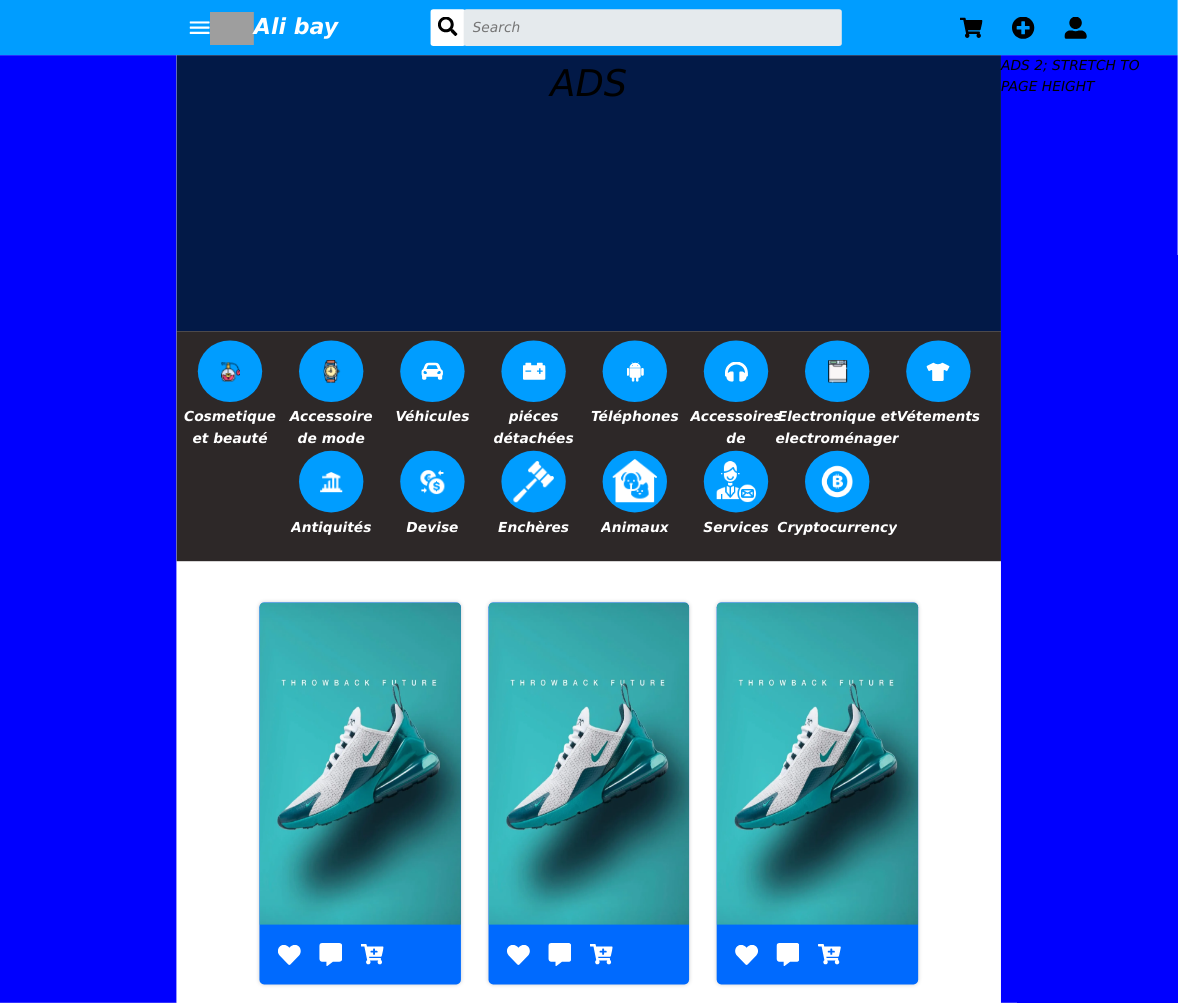
Repository: Aramys21/alibay-site
Page: home.html
These files come from the project's save history. The page is drawn as it stood at one moment and after a run of saves; the edit follows.
The browser window is 1280 px wide. The pictures show the whole page, at 92% of full size.
Pictures or frames that could not be fetched are drawn as grey boxes.

Above is the page before, as saved 2023-03-29 12:25:18.

### home.html
<!DOCTYPE html>
<html>

<head>
	<link rel="stylesheet" href="src/css/w3.css">
	<link rel="stylesheet" href="src/css/style.css">
	<link rel="stylesheet" href="https://cdnjs.cloudflare.com/ajax/libs/font-awesome/6.4.0/css/all.min.css">
	<title>Home</title>
</head>

<body>
	<div class="w3-sidebar w3-bar-block w3-card w3-animate-left side-bar" style="display:none" id="mySidebar">
		<!-- Side bar Menu -->
		<div class="sidebar-language">
			<button class="w3-bar-item w3-button w3-xlarge sidebar">ENG</button>
			<button class="w3-bar-item w3-button w3-xlarge sidebar">FR</button>
			<button class="w3-bar-item w3-button w3-xlarge sidebar">عربي</button>
		</div>
		<!-- contents of side bar -->
		<a class="w3-bar-item sidebar-title">Compte</a>
		<a href="login.html" class="w3-bar-item sidebar-link"><img class="search-icon"
				src="src/icons/account-white-icon.svg" style="height:12px;"> Login</a>
		<a href="register.html" class="w3-bar-item sidebar-link"><img class="search-icon"
				src="src/icons/account-add-icon.svg" style="height:12px;"> Register</a>
		<!-- separator -->
		<a class="w3-bar-item sidebar-title">Categories</a>
		<a href="#" class="w3-bar-item sidebar-link"><img class="search-icon" src="src/icons/car-icon.svg"
				style="height:18px;"> Véhicules</a>
		<a href="#" class="w3-bar-item sidebar-link"><img class="search-icon" src="src/icons/battery-icon.svg"
				style="height:18px;"> piéces détachées</a>
		<a href="#" class="w3-bar-item sidebar-link"><img class="search-icon" src="src/icons/android-icon.svg"
				style="height:18px;"> Téléphones</a>
		<a href="#" class="w3-bar-item sidebar-link"><img class="search-icon" src="src/icons/headphones-icon.svg"
				style="height:18px;"> Accessoires de téléphones</a>
		<a href="#" class="w3-bar-item sidebar-link"><img class="search-icon" src="src/icons/appliance-icon.svg"
				style="height:18px;"> Electronique et electroménager</a>
		<a href="vetements.html" class="w3-bar-item sidebar-link"><img class="search-icon"
				src="src/icons/clothes-icon.svg" style="height:18px;"> Vétements</a>
				<a href="vetements.html" class="w3-bar-item sidebar-link"><img class="search-icon"
					src="src/icons/animal.png" style="height:18px;">Animaux</a>
		<a href="vetements.html" class="w3-bar-item sidebar-link"><img class="search-icon"
				src="src/icons/services.png" style="height:18px;"> Services</a>
		<a href="vetements.html" class="w3-bar-item sidebar-link"><img class="search-icon"
				src="src/icons/currency.png" style="height:18px;"> Change/Devises</a>
		<a href="vetements.html" class="w3-bar-item sidebar-link"><img class="search-icon"
				src="src\icons\bitcoin.png" style="height:18px;"> CryptoMonnaies</a>
		<a href="#" class="w3-bar-item sidebar-link"><img class="search-icon" src="src/icons/perfume-icon.svg"
				style="height:18px;"> Cosmetique et beauté</a>
		<a href="#" class="w3-bar-item sidebar-link"><img class="search-icon" src="src/icons/watch-icon.svg"
				style="height:18px;"> Accessoire de mode</a>
		<a href="#" class="w3-bar-item sidebar-link"><img class="search-icon" src="src/icons/auction.png"
				style="height:18px;">Enchères</a>
		<a href="#" class="w3-bar-item sidebar-link"><img class="search-icon" src="src/icons/battery-icon.svg"
				style="height:18px;"> Devise</a>
		</div>
		<div id="navbar" class="navbar">
			<a href="#" id="openNav" class="w3-large navbar-first" onclick="menu_click()"><svg width="22" height="14"
					viewBox="0 0 22 14" fill="none" xmlns="http://www.w3.org/2000/svg">
					<path
						d="M0.785714 2.57143H21.2143C21.6482 2.57143 22 2.31561 22 2V0.571429C22 0.255821 21.6482 0 21.2143 0H0.785714C0.351754 0 0 0.255821 0 0.571429V2C0 2.31561 0.351754 2.57143 0.785714 2.57143ZM0.785714 8.28571H21.2143C21.6482 8.28571 22 8.02989 22 7.71429V6.28571C22 5.97011 21.6482 5.71429 21.2143 5.71429H0.785714C0.351754 5.71429 0 5.97011 0 6.28571V7.71429C0 8.02989 0.351754 8.28571 0.785714 8.28571ZM0.785714 14H21.2143C21.6482 14 22 13.7442 22 13.4286V12C22 11.6844 21.6482 11.4286 21.2143 11.4286H0.785714C0.351754 11.4286 0 11.6844 0 12V13.4286C0 13.7442 0.351754 14 0.785714 14Z"
						fill="white" />
				</svg>
			</a>
			<div class="navbar__logo"><a href="home.html"><img src="src/images/logo-ab.png"
						style="width:8%;height:auto;" />Ali bay</a></div>
			<div class="navbar__search">
				<a class="search-icon-link" href="#"><img class="search-icon" src="src/icons/search-icon.svg"
						style="width:22px;"></a>
				<input type="text" placeholder="Search" class="navbar__search__input" />
			</div>
			<div class="navbar__links">


				<div class="dropdown">
					<a href="#" class="dropbtn"><img class="nav-icons" src="src/icons/cart-icon.svg"></a>
					<div id="dropdown-cart" class="dropdown-content">
						<p>My Cart</p>
						<a href="product-page.html"><img class="search-icon" src="src/icons/clothes-icon.svg"> Link
							1</a>
						<a href="#"><img class="search-icon" src="src/icons/watch-icon.svg"> Link 2</a>
						<a href="#"><img class="search-icon" src="src/icons/appliance-icon.svg"> Link 3</a>
					</div>
				</div>

				<div class="dropdown">
					<a href="ad_list.html" class="dropbtn"><img class="nav-icons" src="src/icons/add-icon.svg"></a>
				</div>

				<div class="dropdown">
					<a href="#" class="dropbtn"><img class="nav-icons" src="src/icons/account-icon.svg"></a>
					<div id="dropdown-acc" class="dropdown-content">
						<p>My Account</p>
						<div class="dropdown-acc-info-container">
							<div class="dropdown-acc-icon"><img id="dropdown-account-icon"
									src="src/icons/account-icon.svg">
							</div>
							<a id="dropdown-acc-username">WexDex</a>
						</div>

						<a href="#">Disconnect</a>
					</div>
				</div>

			</div>
		</div>

		<script>
			function menu_click() {
				if (document.getElementById("mySidebar").style.display === "none") {
					document.getElementById("mySidebar").style.left = "0";
					document.getElementById("mySidebar").style.width = "15%";
					document.getElementById("mySidebar").style.display = "block";
				}
				else {
					document.getElementById("mySidebar").style.display = "none";
				}
			}
			function w3_close() {
				document.getElementById("mySidebar").style.display = "none";
			}
		</script>

		<!-- Body Start -->
		<div id="container" style="display:flex;">
			<div class="left">

			</div>
			<div class="main">
				<!-- ADS -->
				<div class="ad-box">
					<p>ADS</p>
				</div>

				<!-- Categories -->
				<div class="category-links">
					<a href="#" class="category-link">
						<!-- change class to "active-category" if it's the selected category -->
						<div class="category-icon"><img src="src/icons/perfume-icon.svg"></div>
						<div class="category-text">Cosmetique et beauté</div>
					</a>
					<a href="#" class="category-link">
						<div class="category-icon"><img src="src/icons/watch-icon.svg"></div>
						<div class="category-text">Accessoire de mode</div>
					</a>
					<a href="#" class="category-link">
						<div class="category-icon"><img src="src/icons/car-icon.svg"></div>
						<div class="category-text">Véhicules</div>
					</a>
					<a href="#" class="category-link">
						<div class="category-icon"><img src="src/icons/battery-icon.svg"></div>
						<div class="category-text">piéces détachées</div>
					</a>
					<a href="#" class="category-link">
						<div class="category-icon"><img src="src/icons/android-icon.svg"></div>
						<div class="category-text">Téléphones</div>
					</a>
					<a href="#" class="category-link">
						<div class="category-icon"><img src="src/icons/headphones-icon.svg"></div>
						<div class="category-text">Accessoires de téléphones</div>
					</a>
					<a href="#" class="category-link">
						<div class="category-icon"><img src="src/icons/appliance-icon.svg"></div>
						<div class="category-text">Electronique et electroménager</div>
					</a>
					<a href="vetements.html" class="category-link">
						<div class="category-icon"><img src="src/icons/clothes-icon.svg"></div>
						<div class="category-text">Vétements</div>
					</a>
					<a href="vetements.html" class="category-link">
						<div class="category-icon"><img src="src/icons/ruins.png"></div>
						<div class="category-text">Antiquités</div>
					</a><a href="vetements.html" class="category-link">
						<div class="category-icon"><img src="src/icons/currency.png"></div>
						<div class="category-text">Devise</div>
					</a>
					<a href="vetements.html" class="category-link">
						<div class="category-icon"><img class="icn" src="src/icons/auction.png"></div>
						<div class="category-text">Enchères</div>
					</a>
					<a href="vetements.html" class="category-link">
						<div class="category-icon"><img class="icn" src="src/icons/animal.png"></div>
						<div class="category-text">Animaux</div>
					</a>
					<a href="vetements.html" class="category-link">
						<div class="category-icon"><img class="icn" src="src/icons/services.png"></div>
						<div class="category-text">Services</div>
					</a>
					<a href="vetements.html" class="category-link">
						<div class="category-icon"><img class="icn" src="src/icons/bitcoin.png"></div>
						<div class="category-text">Cryptocurrency</div>
					</a>
				</div>

				<!-- Products List  -->
				<div class="product-list">
					<!-- a single product start -->
					<div class="product-card">
						<a href="product-page.html"><img class="product-card-img" src="src/images/ades (1).png"
								alt="Product Image"></a>
						<!-- <h2>Product 1</h2> -->
						<!-- <p>Lorem ipsum dolor sit amet, consectetur adipiscing elit, sed do eiusmod tempor incididunt ut labore et dolore magna aliqua.</p> -->
						<div class="product-icons">
							<a href="#" class="card-icon-links"><img class="card-icons"
									src="src/icons/like-icon.svg"></a>
							<a href="product-page.html" class="card-icon-links"><img class="card-icons"
									src="src/icons/comment-icon.svg"></a>
							<a href="#" class="card-icon-links"><img class="card-icons"
									src="src/icons/add-to-cart-icon.svg"></a>
						</div>
					</div>
					<!-- end of one product -->
					<!-- a single product start -->
					<div class="product-card">
						<a href="product-page.html"><img class="product-card-img" src="src/images/ades (1).png"
								alt="Product Image"></a>
						<!-- <h2>Product 1</h2> -->
						<!-- <p>Lorem ipsum dolor sit amet, consectetur adipiscing elit, sed do eiusmod tempor incididunt ut labore et dolore magna aliqua.</p> -->
						<div class="product-icons">
							<a href="#" class="card-icon-links"><img class="card-icons"
									src="src/icons/like-icon.svg"></a>
							<a href="product-page.html" class="card-icon-links"><img class="card-icons"
									src="src/icons/comment-icon.svg"></a>
							<a href="#" class="card-icon-links"><img class="card-icons"
									src="src/icons/add-to-cart-icon.svg"></a>
						</div>
					</div>
					<!-- end of one product -->
					<!-- a single product start -->
					<div class="product-card">
						<a href="product-page.html"><img class="product-card-img" src="src/images/ades (1).png"
								alt="Product Image"></a>
						<!-- <h2>Product 1</h2> -->
						<!-- <p>Lorem ipsum dolor sit amet, consectetur adipiscing elit, sed do eiusmod tempor incididunt ut labore et dolore magna aliqua.</p> -->
						<div class="product-icons">
							<a href="#" class="card-icon-links"><img class="card-icons"
									src="src/icons/like-icon.svg"></a>
							<a href="product-page.html" class="card-icon-links"><img class="card-icons"
									src="src/icons/comment-icon.svg"></a>
							<a href="#" class="card-icon-links"><img class="card-icons"
									src="src/icons/add-to-cart-icon.svg"></a>
						</div>
					</div>
					<!-- end of one product -->
				</div>


			</div>
			<div class="right">ADS 2; STRETCH TO PAGE HEIGHT</div>
		</div>

		<a href="#" class="back-to-top"></a>
		<script>
			const backToTopButton = document.querySelector('.back-to-top');

			window.addEventListener('scroll', () => {
				if (window.scrollY > 200) {
					backToTopButton.classList.add('show');
				} else {
					backToTopButton.classList.remove('show');
				}
			});

			backToTopButton.addEventListener('click', () => {
				window.scrollTo({ top: 0, behavior: 'smooth' });
			});

		</script>
</body>

</html>

### src/css/style.css
html,
body {

  font-style: italic;
}

/* Style for the navbar */
  .navbar {
	display: flex;
	justify-content: space-between;
	align-items: center;
	background-color: #009dff;
	color: #fff;
	padding: 10px;
	height: 60px;
  }
  .navbar__logo a {
	font-size: 24px;
	font-weight: bold;
	display: inline;
	color: #fff;
	text-decoration: none;

  }
  .navbar__logo img {
	  width:20% !important;
  }
  .navbar-first {
	  margin-left: 15%;
  }
  .navbar__logo {
	  display: inline;
	  width: 30%;
  }
  .navbar__search {
	  display: flex;
	  width:70%;
  }

  .navbar__search__input {
	/* margin: 0 20px; */
	margin-left: -2px;
	height: 40px;
	border-radius: 3px;
	border: none;
	padding: 0 10px;
	z-index: 1;
  }

  input[type="text"].navbar__search__input {
	margin-right: 20%;
	width: 100% !important;
	background-color: #e5eaed;
  }
  .search-icon-link {
	padding-top: 7px;
	background-color: #ffffff;
	border-radius: 3px;
	border: none;
	padding-left: 8px;
	padding-right: 8px;
  }

  .navbar__links {
	display: flex;
	margin-right: 5%;
  }
  .navbar__links a {
	color: #000;
	text-decoration: none;
	margin-right: 30px;
	font-size: 20px;
	margin-right: 50px;
  }
  .navbar__links a:last-child {
	margin-right: 0;
  }


  .nav-icons {
	  fill: black;
	  color: black;
  }

.side-bar {
	transition: 0.5s;
	background-color: #009dff;
	color: #fff;
}

#navbar {
  transition: margin-left .5s;
  padding: 20px;
}

@media screen and (max-height: 450px) {
  .navbar {padding-top: 15px;}
  .navbar a {font-size: 18px;}
}

/* Drop down */

.dropdown {
  float: left;
  overflow: hidden;
}

.dropdown .dropbtn {
  font-size: 16px;
  border: none;
  outline: none;
  color: white;
  padding: 14px 16px;
  background-color: inherit;
  font-family: inherit;
  margin: 0;
}

.navbar a:hover, .dropdown:hover .dropbtn {

}

.dropdown-content {
  display: none;
  position: absolute;
  background-color: #f9f9f9;
  box-shadow: 0px 8px 16px 0px rgba(0,0,0,0.2);
  z-index: 1;
  right : 10px;
}
#dropdown-cart {
	min-width: 400px;
}
#dropdown-acc {
	min-width: 250px;
}

.dropdown-acc-info-container {
	display: flex;
	align-items: center;
	background-color: #2D2828;
}
.dropdown-acc-info-container a {
	color: white;
	font-size: 20px;

}

.dropdown-acc-icon {
  display: flex;
  justify-content: center;
  align-items: center;
  width: 70px;
  height: 70px !important;
  border-radius: 50%;
  background-color: #FE5000;
  margin-bottom: 5px;
  color: white;
  margin: 5px;
}

.dropdown-acc-icon img {
	fill: #fff;
	color: #fff;
}

.dropdown-content a:not([id="dropdown-acc-username"]),.dropdown-content p,.dropdown-content img {
  float: none;
  color: #fff;
  padding: 6px 10px;
  text-decoration: none;
  display: flex;
  text-align: left;
  margin-right: 0;
  background-color: #FE5000;
}
.dropdown-content img {
	background-color: transparent;
}
.dropdown-content a {
	display: flex;
}

.dropdown-content p {
	background-color: #2D2828;
	margin-bottom: 0;
	margin-top: 0;
	font-size: 20px;
	color: #fff;
}
#dropdown-acc p {
	background-color: #000;
}

.dropdown-content a:hover:not([id="dropdown-acc-username"]),.dropdown-content img:hover {
  background-color: #942B0A;
}
#dropdown-account-icon:hover {
	background-color: transparent;
}

.dropdown:hover .dropdown-content {
  display: block;
}

/* Sidebar */

.sidebar-language button {
	width: 34%;
	font-size: 20px;
}
.sidebar-language {
	display: flex;
	background-color: #0077ff;
	color: #fff;
}
a.sidebar-title, a.sidebar-link {
	text-decoration: none;
}
a.sidebar-link {
	margin-left: 5%;
}
a.sidebar-link:hover {
	background-color: #942B0A;
}


/* Body Structure */
.container {
  justify-content: center;
  align-items: center;
}
.left,
.right {
  display:flex;
  /* height: 100%; */
  width: 15%;
}
.left {
  background-color: blue;
}

.right {
  background-color: blue;
}

.main {
  height: 100%;
  background-color: white;
  width: 70%;
}


/* Content */
.ad-box {
	height:300px;
	background-color: #021947;
	text-align: center;
	align-items: middle;
	margin: auto;
	width:100%;
}

.ad-box p {
	color: #000;
	font-size: 40px;
	margin: auto;
}

/* Categories */

.category-links {
	display: flex;
	justify-content: space-between;
	align-items: center;
  justify-content: center;
	background-color: #2D2828;
	height: 250px;
  padding-top: 10px;
	/* padding-left: 5%;
	padding-right: 5%; */
	flex-wrap: wrap;
	width:auto;
	/* margin-left: 15%; */
	/* margin-right: auto; */
}

.category-link {
  display: flex;
  flex-direction: column;
  justify-content: center;
  align-items: center;
  text-align: center;
  width: 100px;
  height: 120px;
  text-decoration: none;
  font-weight: bold;
  font-size: 1.2em;
  margin-right: 10px;
}

.category-icon {
  display: flex;
  justify-content: center;
  align-items: center;
  width: 70px;
  height: 70px !important;
  border-radius: 50%;
  background-color: #009dff;
  margin-bottom: 5px;
  color: white;
}
.category-icon.active-category {
  background-color: #8CBE39;
}

.category-icon img {
	fill: #fff;
	color: #fff;
}
.icn{
color: #fff;
fill: #fff;
height: 75% ;
}
.category-text {
  display: flex;
  text-overflow: ellipsis;
  overflow: hidden;
  word-wrap: break-word;
  color: white;
  font-size: 1rem;
  height: 50px;
}
/* Filter Bar */
.filter-container {
	/* width: 80%; */
	margin: auto;
	margin-top: 20px;
	display: flex;
	justify-content: center;
}
.filter-bar {
	display: flex;
	width: 40%;
	margin-right: 10%;
}
.filter-bar input {
	width: 100%;
	background-color: #009dff;
	border: none;
	color: white;
	border-top-left-radius: 5px;
	border-bottom-left-radius: 5px;
}

.filter-search-icon-link {
	padding: 8px;
	background-color: #08024f;
	border-top-right-radius: 3px;
	border-bottom-right-radius: 3px;
	border: none;
  }
/* Filter Dropdown */
.filter-dropdown {
  position: relative;
  display: inline-block;
}

.filter-btn {
  background-color: #009dff;
  color: white;
  padding: 10px;
  border: none;
  cursor: pointer;
  border-radius: 15px;
  font-size: 18px;
}

.filter-content {
  display: none;
  position: absolute;
  background-color: #009dff;
  min-width: 200px;
  z-index: 1;
  padding: 10px;
  box-shadow: 0px 8px 16px 0px rgba(0,0,0,0.2);
  border: black solid 1px;
}
.filter-content select,.filter-content input {
	background-color: #2D2828;
	color: white;
}

.filter-content form {
  margin: 0;
}

.filter-content label {
  display: block;
  font-weight: bold;
  margin-bottom: 5px;
}

.filter-content select, .filter-content input {
  display: block;
  margin-bottom: 10px;
  width: 100%;
  padding: 5px;
  border: 1px solid #ccc;
  border-radius: 4px;
  box-sizing: border-box;
}

.filter-content button[type=submit] {
  background-color: #4CAF50;
  color: white;
  border: none;
  padding: 10px;
  cursor: pointer;
}

.filter-dropdown:hover .filter-content {
  display: block;
}


/* Products List */
.product-list {
	display: flex;
	flex-wrap: wrap;
	justify-content: space-between;
	padding-left: 10%;
	padding-right: 10%;
	padding-top: 5%;
	width:100%;
}

.product-card {
  width: calc((100% / 3) - 20px);
  margin-bottom: 20px;
  box-shadow: 0 0 5px rgba(0, 0, 0, 0.2);
  border-radius: 5px;
  overflow: hidden;
  background-color: #006afe;
}

.product-card-img {
  display: block;
  width: 100%;
  height: 350px;
}

.product-card h2 {
  font-size: 1.2em;
  margin: 10px;
}

.product-card p {
  font-size: 0.9em;
  margin: 10px;
  color: #555;
}

.product-icons {
	display: flex;
	align-items: center;
	width: 50%;
}

.product-card a.card-icon-links {
  margin-left: 20px;
  padding: 20px 0px;
  border: none;
  color: white;
  font-weight: bold;
  border-radius: 5px;
  cursor: pointer;
}

.card-icons img {
	width: 33%;
	height: 33%;
}

/* Back to Top button */
.back-to-top {
  display: none;
  position: fixed;
  bottom: 20px;
  right: 20px;
  width: 50px;
  height: 50px;
  background-color: #007bff;
  color: white;
  border-radius: 50%;
  text-align: center;
  line-height: 50px;
  font-size: 24px;
  cursor: pointer;
  z-index: 9999;
  transition: opacity 0.4s ease-in-out;
  text-decoration: none;
}

.back-to-top:before {
  content: "\2191";
  font-family: Arial, sans-serif;
  font-weight: bold;
}

.back-to-top:hover {
  opacity: 0.8;
}

.back-to-top.active {
  display: block;
}


.back-to-top.show {
  display: block;
  opacity: 1;
}

Loaded but not shown: src/css/w3.css (library)

After the next 2 saves:
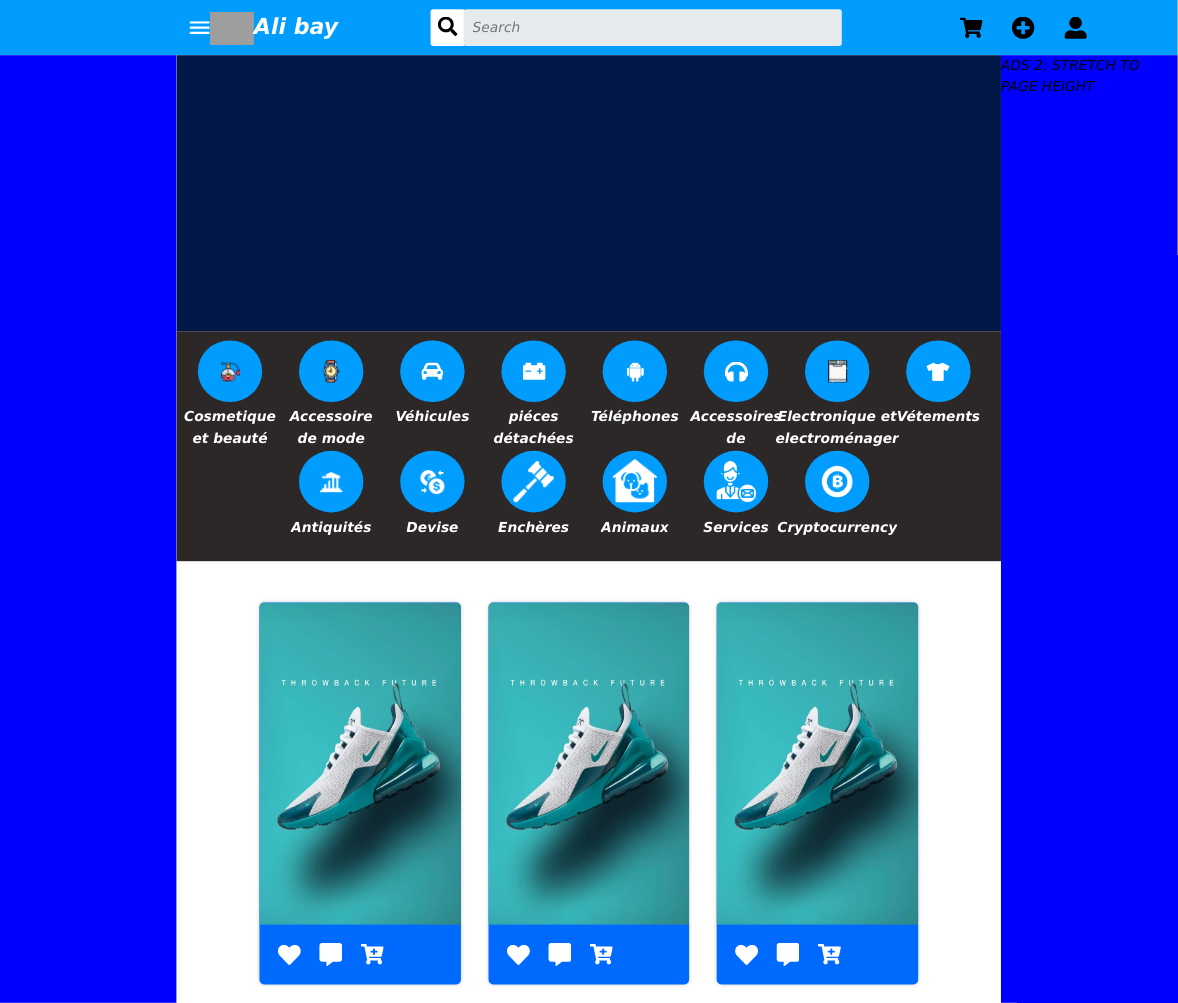
The 2 saves are shown as one change because they came seconds apart.
The last was saved 65 s later.
--- a/home.html
+++ b/home.html
@@ -128,7 +128,7 @@
 			<div class="main">
 				<!-- ADS -->
 				<div class="ad-box">
-					<p>ADS</p>
+					<img src="" alt="">
 				</div>
 
 				<!-- Categories -->
